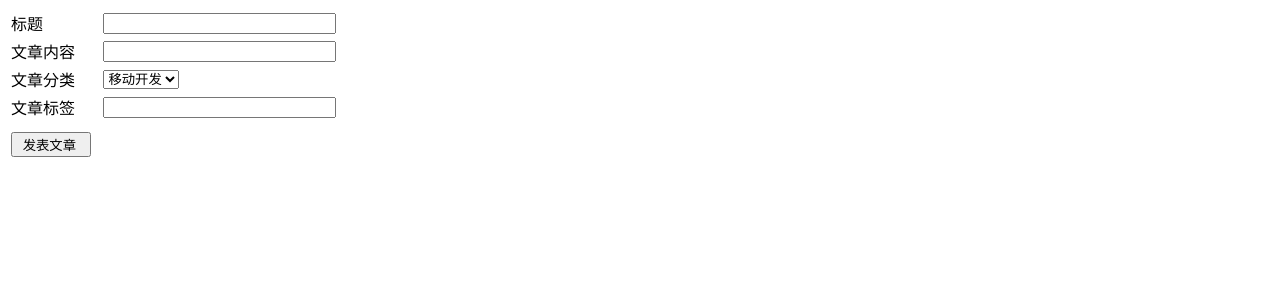
Repository: tangqingyun/java
Page: http://localhost/tamny_blog/postedit.jsp
These files come from the project's save history. The page is drawn as it stood at one moment and after the next save; the edit follows.
The browser window is 1280 px wide. The pictures show the whole page.
The page is served by Tomcat 9. Nobody is signed in. The application's start-up code is not run. Other server files are loaded and not shown.

Above is the page before, as saved 2015-01-21 09:51:35.

### tamny_blog/WebContent/postedit.jsp
<%@ page language="java" import="java.util.*" pageEncoding="UTF-8"%>

<!DOCTYPE html PUBLIC "-//W3C//DTD HTML 4.01 Transitional//EN" "http://www.w3.org/TR/html4/loose.dtd">
<html>
<head>
<meta http-equiv="Content-Type" content="text/html; charset=UTF-8">
<title>Insert title here</title>
</head>
<body>

 <form action="${pageContext.request.contextPath}/blogs/pubblog"
		method="post">
		<table id="table_01">
			<tr>
				<td>标题</td>
				<td><input type="text" name="user.username" size="26" /></td>
			</tr>
			<tr>
				<td>文章内容</td>
				<td><input type="text" name="user.nickname" size="26" /></td>
			</tr>
			<tr>
				<td>文章分类</td>
				<td><select name="user.sex">
						<option value="1">移动开发</option>
						<option value="2">Web前端</option>
						<option value="3">架构设计</option>
						<option value="4">编程语言</option>
						<option value="5">互联网</option>
						<option value="6">数据库</option>
						<option value="7">系统运维</option>
						<option value="8">云计算</option>
						<option value="9">研发管理</option>
						<option value="10">综合</option>
				</select></td>
			</tr>

			<tr>
				<td>文章标签</td>
				<td><input type="text" name="user.nickname" size="26" /></td>
			</tr>

			<tr>
				<td style="padding-top: 10px;"><input type="submit"
					name="submit" value=" 发表文章  " />&nbsp;&nbsp;</td>
			</tr>
		</table>
	</form>

</body>
</html>

After the next save:
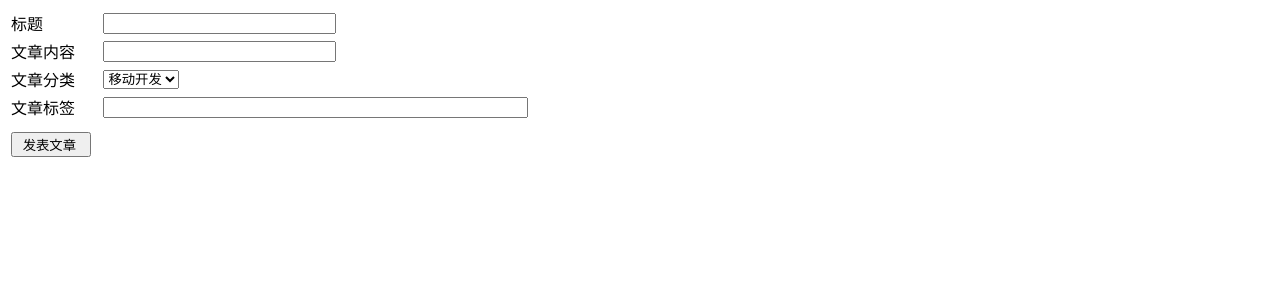
Saved 12 s later.
--- a/tamny_blog/WebContent/postedit.jsp
+++ b/tamny_blog/WebContent/postedit.jsp
@@ -37,7 +37,7 @@
 
 			<tr>
 				<td>文章标签</td>
-				<td><input type="text" name="user.nickname" size="26" /></td>
+				<td><input type="text" name="user.nickname" size="50" /></td>
 			</tr>
 
 			<tr>
